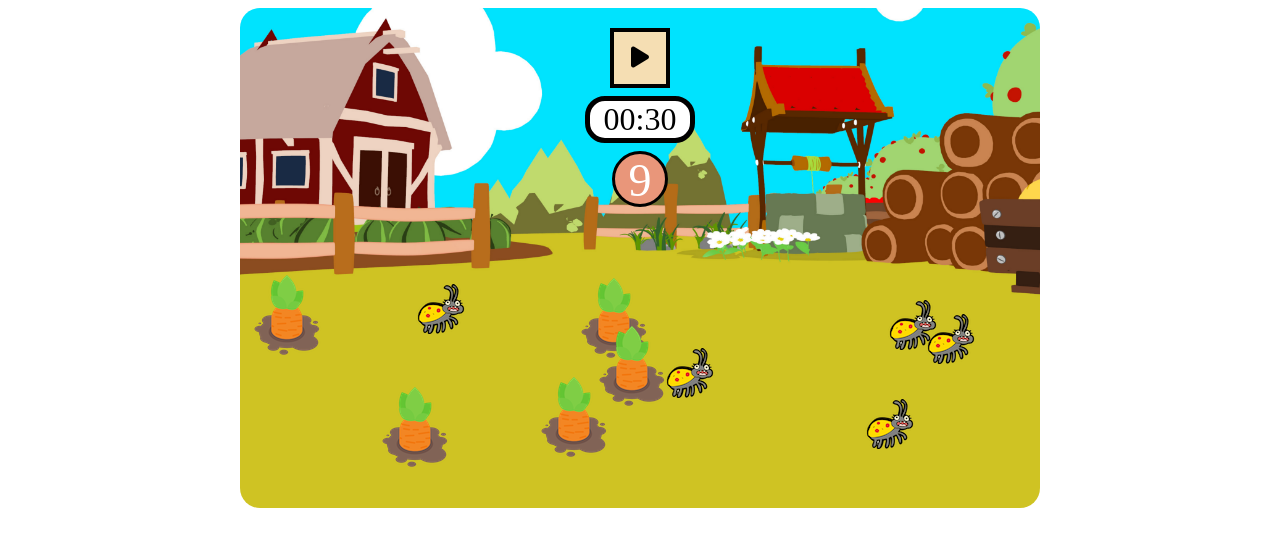
Repository: dhchun1203/browser-practice-works-
Page: carrot/index.html
The author's editor kept a copy of each file at every save. The page is drawn from the files as they stood at one save, then again after the next save.
The browser window is 1280 px wide. The pictures show the whole page.
After loading, the first visible `button.game__button` was clicked once.
Some web libraries are served in a nearby version.

Above is the page before, as saved 2021-01-10 17:58:10.

After the next save:
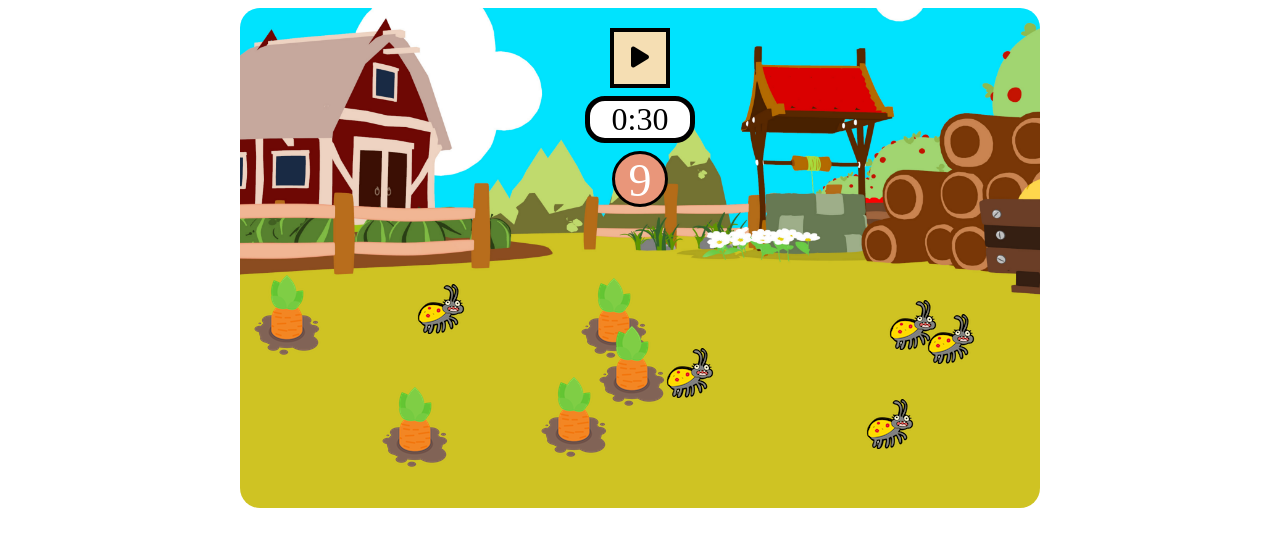
Saved 27 s later.
--- a/carrot/main.js
+++ b/carrot/main.js
@@ -40,7 +40,7 @@ playtBtn.addEventListener("click", () => {
 function timer() {
 	var sec = 30;
 	var timer = setInterval(function () {
-		document.querySelector(".game__timer").innerText = `00:${sec}`;
+		document.querySelector(".game__timer").innerText = `0:${sec}`;
 		sec--;
 		if (sec < 0) {
 			clearInterval(timer);
